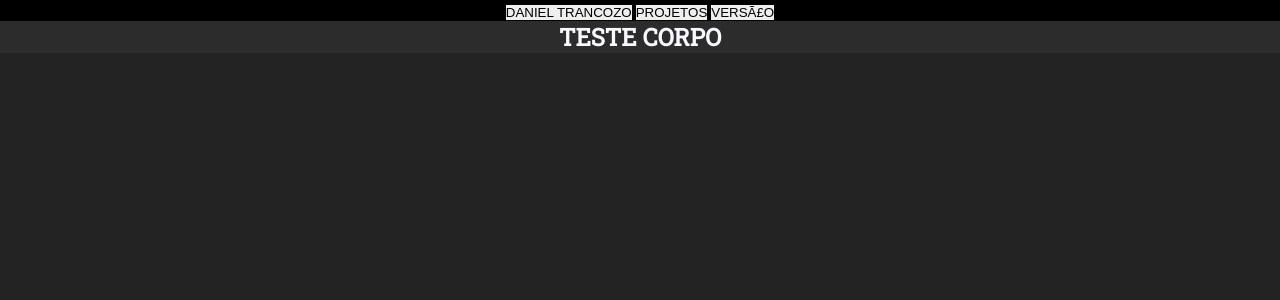
Repository: danieltrancozo/danieltrancozo.github.io
Page: index.html
An editor plug-in stored every save of this project. The page is shown before and after the next save, followed by the edit.
The browser window is 1280 px wide. The pictures show the whole page.

Above is the page before, as saved 2021-05-04 23:17:13.

### index.html
<!DOCTYPE html>
<meta charset="UFT-8">
<meta name="lenguage" content="pt-br">
<meta name="autor" content="Daniel Trancozo Vianna">
<meta name="description" content="Portifolio de Desenvolvedor Web">
<meta name="keywords" content="HTML, CSS, JS, web development, portifolio">
<html>

<head>
    <title>Minha P&aacutegina</title>
    <link rel="stylesheet" type="text/css" href="css/estilo3.css">
    <link rel="preconnect" href="https://fonts.gstatic.com">
    <link href="https://fonts.googleapis.com/css2?family=Playfair+Display&family=Roboto+Slab&display=swap" rel="stylesheet">
    <script>
    </script>
</head>
<body>
    <div class="container">
        <div class="cab">
            <nav class="menu">
                <ul>
                    <li><button>daniel trancozo</button></li>
                    <li><button>projetos</button></li>
                    <li><button>versão</button></li>
                </ul>
            </nav>
        </div>
        <div class="corp">
            <h2 style="text-transform: uppercase;">teste corpo</h2>
        </div>
    </div>
    <div class="t2"></div>
</body>
</html>

### css/estilo3.css
@import url('https://fonts.googleapis.com/css2?family=Playfair+Display&family=Roboto+Slab&display=swap');
* {
    margin: 0;
    padding: 0;
}
body{
    background-color: rgba(0, 0, 0, 0.863);
    color: antiquewhite;
    text-align: center;
}
.container{
    background-color: transparent;
    display: flex;
    flex-direction: column;
}
.cab{
    background-color: black;
    color: silver;
    font-family: 'Playfair Display', serif;
    height: 10%;
}
.corp{
    background-color: rgb(44, 44, 44);
    color: ghostwhite;
    font-family: 'Roboto Slab', serif;
    height: 90%;
}
.t2{
    background-color: transparent;
    width: 100%;
    height: 100%;
    visibility: hidden;
}
.manu ul{
    text-align: center;
    border-color: transparent;
    list-style: none;
}
.menu ul li{
    display: inline;
}
.menu ul li button{
    border: none;
    text-transform: uppercase;
}

After the next save:
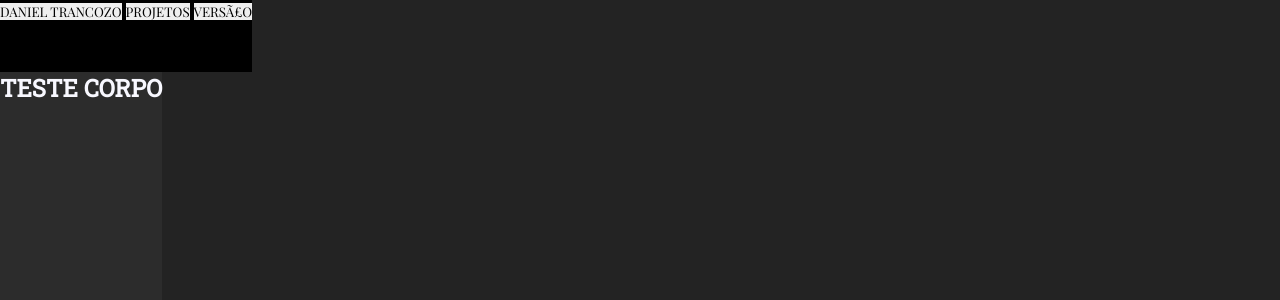
Saved 2 min 18 s later.
--- a/css/estilo3.css
+++ b/css/estilo3.css
@@ -18,12 +18,15 @@ body{
     color: silver;
     font-family: 'Playfair Display', serif;
     height: 10%;
+    position: absolute;
 }
 .corp{
     background-color: rgb(44, 44, 44);
     color: ghostwhite;
     font-family: 'Roboto Slab', serif;
     height: 90%;
+    position: absolute;
+    top: 10%;
 }
 .t2{
     background-color: transparent;
@@ -42,4 +45,5 @@ body{
 .menu ul li button{
     border: none;
     text-transform: uppercase;
+    font-family: 'Playfair Display', serif;
 }
